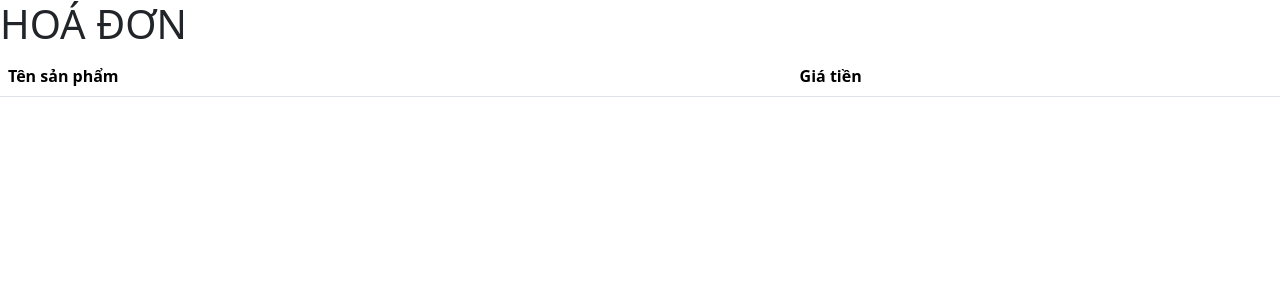
Repository: Vanh260703/Java-Servlet
Page: http://localhost/Bai7/datMuaMayTinh.jsp
These files come from the project's save history. The page is drawn as it stood at one moment and after the next save; the edit follows.
The browser window is 1280 px wide. The pictures show the whole page.
The page is served by Tomcat 9.

Above is the page before, as saved 2025-03-04 19:40:18.

### Bai7/src/main/webapp/datMuaMayTinh.jsp
<%@ page language="java" contentType="text/html; charset=UTF-8"
    pageEncoding="UTF-8"%>
<!DOCTYPE html>
<html>
<head>
<meta charset="UTF-8">
<title>Insert title here</title>
<link href="https://cdn.jsdelivr.net/npm/bootstrap@5.3.3/dist/css/bootstrap.min.css" rel="stylesheet" integrity="sha384-QWTKZyjpPEjISv5WaRU9OFeRpok6YctnYmDr5pNlyT2bRjXh0JMhjY6hW+ALEwIH" crossorigin="anonymous">
<script src="https://cdn.jsdelivr.net/npm/@popperjs/core@2.11.8/dist/umd/popper.min.js" integrity="sha384-I7E8VVD/ismYTF4hNIPjVp/Zjvgyol6VFvRkX/vR+Vc4jQkC+hVqc2pM8ODewa9r" crossorigin="anonymous"></script>
<script src="https://cdn.jsdelivr.net/npm/bootstrap@5.3.3/dist/js/bootstrap.min.js" integrity="sha384-0pUGZvbkm6XF6gxjEnlmuGrJXVbNuzT9qBBavbLwCsOGabYfZo0T0to5eqruptLy" crossorigin="anonymous"></script>
</head>
<body>
	<%
		// Radio button => name
		String processor = request.getParameter("processor");
		String ram = request.getParameter("ram");
		double processorPrice = 0;
		double totalAmount = 0;
		if(processor != null){
			if(processor.equals("CoreI9")){
				processorPrice = 5000000;
			}else if(processor.equals("CoreI7")){
				processorPrice = 4000000;
			}else if(processor.equals("CoreI5")){
				processorPrice = 3000000;
			}
			totalAmount += processorPrice;
		}

		if(ram != null){
			if(ram.equals("8GB")){
				totalAmount+= 500000;
			}else if(ram.equals("16GB")){
				totalAmount+= 1200000;
			}

		}

		//Checkbox => name
		String monitor = request.getParameter("monitor");
		if(monitor != null){
			totalAmount += 1500000;
		}
		//Select String [] mang =  getParameterValues("ten");

		String[] accessories = request.getParameterValues("accessories");
		if(accessories != null){
		for(String option: accessories){
			if(option.equals("Camera")){
				totalAmount += 800000;
			}else if(option.equals("Printer")){
				totalAmount += 1500000;
			}else if(option.equals("Scanner")){
				totalAmount += 1500000;
			}
		}
		}
	%>

	<h1>HOÁ ĐƠN</h1>
	<table class="table">
	  <thead>
	    <tr>
	      <th scope="col">Tên sản phẩm</th>
	      <th scope="col">Giá tiền</th>
	    </tr>
	  </thead>
	  <tbody>
	  <% if(processor != null){ %>
	    <tr>
	      <td><%= processor %></td>
	      <td><%= processorPrice %></td>
	    </tr>
	    <% } %>
	  </tbody>
</table>
</body>
</html>

After the next save:
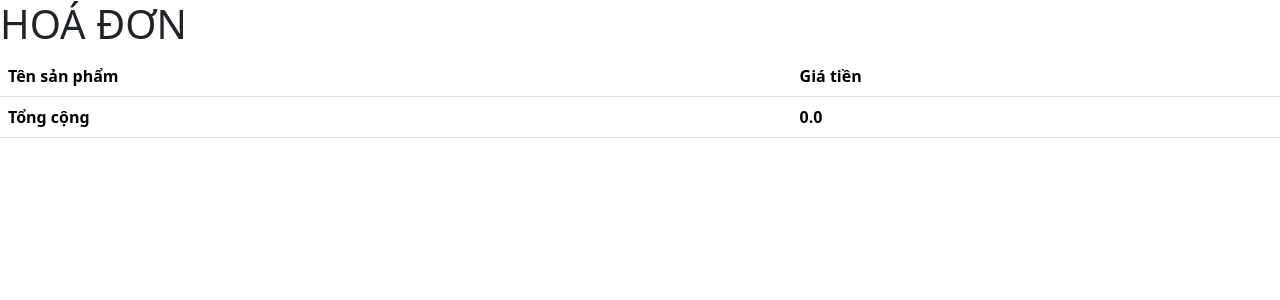
Saved 15 s later.
--- a/Bai7/src/main/webapp/datMuaMayTinh.jsp
+++ b/Bai7/src/main/webapp/datMuaMayTinh.jsp
@@ -4,7 +4,7 @@
 <html>
 <head>
 <meta charset="UTF-8">
-<title>Insert title here</title>
+<title>Invoice</title>
 <link href="https://cdn.jsdelivr.net/npm/bootstrap@5.3.3/dist/css/bootstrap.min.css" rel="stylesheet" integrity="sha384-QWTKZyjpPEjISv5WaRU9OFeRpok6YctnYmDr5pNlyT2bRjXh0JMhjY6hW+ALEwIH" crossorigin="anonymous">
 <script src="https://cdn.jsdelivr.net/npm/@popperjs/core@2.11.8/dist/umd/popper.min.js" integrity="sha384-I7E8VVD/ismYTF4hNIPjVp/Zjvgyol6VFvRkX/vR+Vc4jQkC+hVqc2pM8ODewa9r" crossorigin="anonymous"></script>
 <script src="https://cdn.jsdelivr.net/npm/bootstrap@5.3.3/dist/js/bootstrap.min.js" integrity="sha384-0pUGZvbkm6XF6gxjEnlmuGrJXVbNuzT9qBBavbLwCsOGabYfZo0T0to5eqruptLy" crossorigin="anonymous"></script>
@@ -16,6 +16,11 @@
 		String ram = request.getParameter("ram");
 		double processorPrice = 0;
 		double totalAmount = 0;
+		double ramPrice = 0;
+		double monitorPrice = 0;
+		double accessoriesPrice = 0;
+
+		// Calculate processor price
 		if(processor != null){
 			if(processor.equals("CoreI9")){
 				processorPrice = 5000000;
@@ -27,33 +32,36 @@
 			totalAmount += processorPrice;
 		}
 
+		// Calculate RAM price
 		if(ram != null){
 			if(ram.equals("8GB")){
-				totalAmount+= 500000;
+				ramPrice = 500000;
 			}else if(ram.equals("16GB")){
-				totalAmount+= 1200000;
+				ramPrice = 1200000;
 			}
-
+			totalAmount += ramPrice;
 		}
 
-		//Checkbox => name
+		// Calculate monitor price
 		String monitor = request.getParameter("monitor");
 		if(monitor != null){
-			totalAmount += 1500000;
+			monitorPrice = 1500000;
+			totalAmount += monitorPrice;
 		}
-		//Select String [] mang =  getParameterValues("ten");
 
+		// Calculate accessories price
 		String[] accessories = request.getParameterValues("accessories");
 		if(accessories != null){
-		for(String option: accessories){
-			if(option.equals("Camera")){
-				totalAmount += 800000;
-			}else if(option.equals("Printer")){
-				totalAmount += 1500000;
-			}else if(option.equals("Scanner")){
-				totalAmount += 1500000;
+			for(String option: accessories){
+				if(option.equals("Camera")){
+					accessoriesPrice += 800000;
+				}else if(option.equals("Printer")){
+					accessoriesPrice += 1500000;
+				}else if(option.equals("Scanner")){
+					accessoriesPrice += 1500000;
+				}
 			}
-		}
+			totalAmount += accessoriesPrice;
 		}
 	%>
 
@@ -66,13 +74,44 @@
 	    </tr>
 	  </thead>
 	  <tbody>
-	  <% if(processor != null){ %>
+	    <% if(processor != null){ %>
 	    <tr>
 	      <td><%= processor %></td>
 	      <td><%= processorPrice %></td>
 	    </tr>
 	    <% } %>
+
+	    <% if(ram != null){ %>
+	    <tr>
+	      <td><%= ram %></td>
+	      <td><%= ramPrice %></td>
+	    </tr>
+	    <% } %>
+
+	    <% if(monitor != null){ %>
+	    <tr>
+	      <td>Monitor</td>
+	      <td><%= monitorPrice %></td>
+	    </tr>
+	    <% } %>
+
+	    <% if(accessories != null){ %>
+	    <% for(String option: accessories){ %>
+	    <tr>
+	      <td><%= option %></td>
+	      <td>
+	        <%= option.equals("Camera") ? 800000 :
+	          option.equals("Printer") ? 1500000 : 1500000 %>
+	      </td>
+	    </tr>
+	    <% } %>
+	    <% } %>
+
+	    <tr>
+	      <td><strong>Tổng cộng</strong></td>
+	      <td><strong><%= totalAmount %></strong></td>
+	    </tr>
 	  </tbody>
-</table>
+	</table>
 </body>
 </html>

After the save that followed:
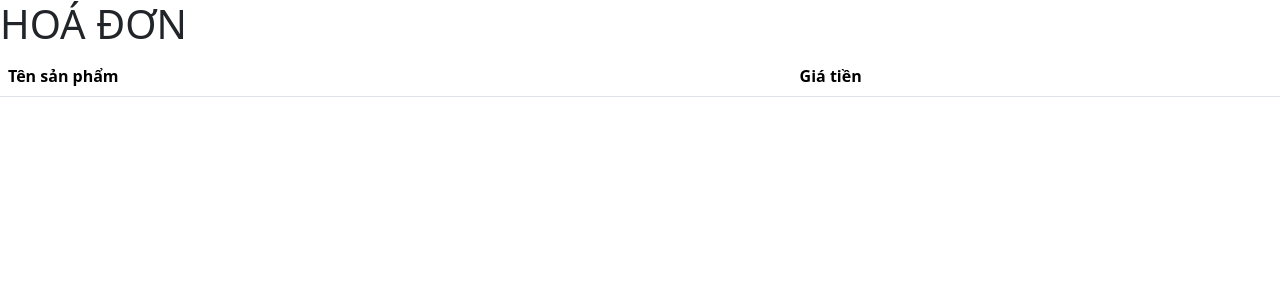
Saved 65 s later.
--- a/Bai7/src/main/webapp/datMuaMayTinh.jsp
+++ b/Bai7/src/main/webapp/datMuaMayTinh.jsp
@@ -4,7 +4,7 @@
 <html>
 <head>
 <meta charset="UTF-8">
-<title>Invoice</title>
+<title>Insert title here</title>
 <link href="https://cdn.jsdelivr.net/npm/bootstrap@5.3.3/dist/css/bootstrap.min.css" rel="stylesheet" integrity="sha384-QWTKZyjpPEjISv5WaRU9OFeRpok6YctnYmDr5pNlyT2bRjXh0JMhjY6hW+ALEwIH" crossorigin="anonymous">
 <script src="https://cdn.jsdelivr.net/npm/@popperjs/core@2.11.8/dist/umd/popper.min.js" integrity="sha384-I7E8VVD/ismYTF4hNIPjVp/Zjvgyol6VFvRkX/vR+Vc4jQkC+hVqc2pM8ODewa9r" crossorigin="anonymous"></script>
 <script src="https://cdn.jsdelivr.net/npm/bootstrap@5.3.3/dist/js/bootstrap.min.js" integrity="sha384-0pUGZvbkm6XF6gxjEnlmuGrJXVbNuzT9qBBavbLwCsOGabYfZo0T0to5eqruptLy" crossorigin="anonymous"></script>
@@ -16,11 +16,6 @@
 		String ram = request.getParameter("ram");
 		double processorPrice = 0;
 		double totalAmount = 0;
-		double ramPrice = 0;
-		double monitorPrice = 0;
-		double accessoriesPrice = 0;
-
-		// Calculate processor price
 		if(processor != null){
 			if(processor.equals("CoreI9")){
 				processorPrice = 5000000;
@@ -32,36 +27,33 @@
 			totalAmount += processorPrice;
 		}
 
-		// Calculate RAM price
 		if(ram != null){
 			if(ram.equals("8GB")){
-				ramPrice = 500000;
+				totalAmount+= 500000;
 			}else if(ram.equals("16GB")){
-				ramPrice = 1200000;
+				totalAmount+= 1200000;
 			}
-			totalAmount += ramPrice;
+
 		}
 
-		// Calculate monitor price
+		//Checkbox => name
 		String monitor = request.getParameter("monitor");
 		if(monitor != null){
-			monitorPrice = 1500000;
-			totalAmount += monitorPrice;
+			totalAmount += 1500000;
 		}
+		//Select String [] mang =  getParameterValues("ten");
 
-		// Calculate accessories price
 		String[] accessories = request.getParameterValues("accessories");
 		if(accessories != null){
-			for(String option: accessories){
-				if(option.equals("Camera")){
-					accessoriesPrice += 800000;
-				}else if(option.equals("Printer")){
-					accessoriesPrice += 1500000;
-				}else if(option.equals("Scanner")){
-					accessoriesPrice += 1500000;
-				}
+		for(String option: accessories){
+			if(option.equals("Camera")){
+				totalAmount += 800000;
+			}else if(option.equals("Printer")){
+				totalAmount += 1500000;
+			}else if(option.equals("Scanner")){
+				totalAmount += 1500000;
 			}
-			totalAmount += accessoriesPrice;
+		}
 		}
 	%>
 
@@ -74,44 +66,13 @@
 	    </tr>
 	  </thead>
 	  <tbody>
-	    <% if(processor != null){ %>
+	  <% if(processor != null){ %>
 	    <tr>
 	      <td><%= processor %></td>
 	      <td><%= processorPrice %></td>
 	    </tr>
 	    <% } %>
-
-	    <% if(ram != null){ %>
-	    <tr>
-	      <td><%= ram %></td>
-	      <td><%= ramPrice %></td>
-	    </tr>
-	    <% } %>
-
-	    <% if(monitor != null){ %>
-	    <tr>
-	      <td>Monitor</td>
-	      <td><%= monitorPrice %></td>
-	    </tr>
-	    <% } %>
-
-	    <% if(accessories != null){ %>
-	    <% for(String option: accessories){ %>
-	    <tr>
-	      <td><%= option %></td>
-	      <td>
-	        <%= option.equals("Camera") ? 800000 :
-	          option.equals("Printer") ? 1500000 : 1500000 %>
-	      </td>
-	    </tr>
-	    <% } %>
-	    <% } %>
-
-	    <tr>
-	      <td><strong>Tổng cộng</strong></td>
-	      <td><strong><%= totalAmount %></strong></td>
-	    </tr>
 	  </tbody>
-	</table>
+</table>
 </body>
 </html>
